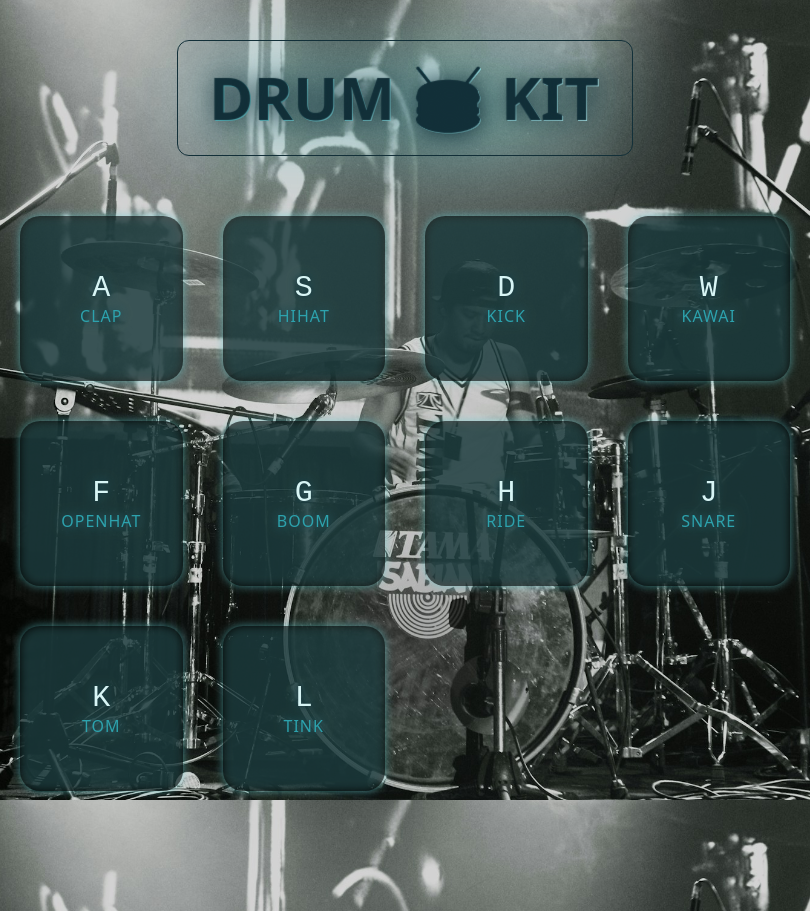
Repository: Freezler/drumkitJS
Page: index.html
The author's editor kept a copy of each file at every save. The page is drawn from the files as they stood at one save, then again after the next save.
The browser window is 768 px wide. The page is 810 px wide, so the pictures cover 810 px, including what lies to the right of the window. The pictures show the whole page.
Backgrounds fixed to the window are drawn as part of the page.

Above is the page before, as saved 2024-08-24 12:50:56.
Console error: ReferenceError: key is not defined

### index.html
<!DOCTYPE html>
<html lang="en">

<head>
  <meta charset="UTF-8">
  <title>JS Drum Kit</title>
  <link rel="stylesheet" href="style.css">
  <link rel="icon" href="https://fav.farm/🔥" />
</head>

<body>
  <main>

    <h1>Drum 🥁 Kit</h1>

    <div class="keys">
      <div data-key="65" class="key">
        <kbd>A</kbd>
        <span class="sound">clap</span>
      </div>
      <div data-key="83" class="key">
        <kbd>S</kbd>
        <span class="sound">hihat</span>
      </div>
      <div data-key="68" class="key">
        <kbd>D</kbd>
        <span class="sound">kick</span>
      </div>
      <div data-key="70" class="key">
        <kbd>F</kbd>
        <span class="sound">openhat</span>
      </div>
      <div data-key="71" class="key">
        <kbd>G</kbd>
        <span class="sound">boom</span>
      </div>
      <div data-key="72" class="key">
        <kbd>H</kbd>
        <span class="sound">ride</span>
      </div>
      <div data-key="74" class="key">
        <kbd>J</kbd>
        <span class="sound">snare</span>
      </div>
      <div data-key="75" class="key">
        <kbd>K</kbd>
        <span class="sound">tom</span>
      </div>
      <div data-key="76" class="key">
        <kbd>L</kbd>
        <span class="sound">tink</span>
      </div>
      <div data-key="87" class="key">
        <kbd>W</kbd>
        <span class="sound">kawai</span>
      </div>
    </div>
  </main>

  <audio data-key="65" src="sounds/clap.wav"></audio>
  <audio data-key="83" src="sounds/hihat.wav"></audio>
  <audio data-key="68" src="sounds/kick.wav"></audio>
  <audio data-key="70" src="sounds/openhat.wav"></audio>
  <audio data-key="71" src="sounds/boom.wav"></audio>
  <audio data-key="72" src="sounds/ride.wav"></audio>
  <audio data-key="74" src="sounds/snare.wav"></audio>
  <audio data-key="75" src="sounds/tom.wav"></audio>
  <audio data-key="76" src="sounds/tink.wav"></audio>
  <audio data-key="87" src="sounds/kawai.wav"></audio>


  <script>
    function removeTransition(event) {
      const { propertyName } = event;
      if (propertyName !== 'transform') return;
      event.target.classList.remove('playing');
    }

    function playSound(event) {
      const keyCode = event.type === 'keydown' ? event.keyCode : this.getAttribute('data-key');
      const audio = document.querySelector(`audio[data-key="${keyCode}"]`);
      const key = document.querySelector(`.key[data-key="${keyCode}"]`);
      if (!audio) return;
      key.classList.add('playing');
      audio.currentTime = 0;
      audio.play();
    }

    window.addEventListener('keydown', playSound);

    const keys = document.querySelectorAll('.key');
    keys.forEach(key => {
      key.addEventListener('transitionend', removeTransition);
      key.addEventListener('click', playSound);
    });
    key.addEventListener('touchstart', function(event) {
        event.preventDefault();  // Prevent default touch behavior
        playSound.call(this, event);
      });
  </script>


</body>

</html>

### style.css
:root {
  --000: #f0fbfa;
  --100: #d8f5f5;
  --200: #b5eaec;
  --300: #63cfd5;
  --400: #48bfc8;
  --500: #2da2ad;
  --600: #288492;
  --700: #266b78;
  --800: #275963;
  --900: #254a54;
  --950: #133039;

}

html {
  font-size: 10px;
  background: url('./background2.jpg') bottom center;
  background-color: var(--950);
  background-size: cover;
  scroll-behavior: smooth;
  background-attachment: fixed;
  background-position: center center;
  background-repeat: no-repeat;
  height: 100vh;
  user-select: none;
  display: grid;
  place-items: center;
}

body,
html {
  margin: 0;
  padding: 0;
  font-family: system-ui, -apple-system, BlinkMacSystemFont, Roboto, Oxygen, Ubuntu, Cantarell, 'Open Sans', 'Helvetica Neue', sans-serif;


}

h1 {
  font-size: clamp(4rem, 5vw, 5em);
  font-weight: 400;
  text-align: center;
  color: var(--000);
  padding-block: 1.6rem;
  padding-inline: 3.2rem;
  text-align: center;
  background-image: linear-gradient(90deg, var(--300) 0%, var(--200) 100%);
  border: 1px solid var(--950);
  border-radius: 12px;
  color: transparent;
  background-clip: text;
  -webkit-background-clip: text;
  text-transform: uppercase;
  font-size: clamp(6rem, 5vw, 10rem);
  text-shadow: 1px 1px 24px var(--950), -1px -1px 1px #133039;
  font-weight: 700;
  transition: all 0.2s ease;
  filter: drop-shadow(0 0 48px var(--300));
}

main {
  place-self: center;
  display: grid;
  place-items: center;
  height: 100%;
  place-content: center;
  text-align: center;
  width: 100%;
  transition: all 0.07s;
  padding-bottom: 10rem;
}

.keys {
  display: grid;
  grid-template-columns: repeat(2, 1fr);
  /* Default for small screens */
  text-align: center;
  transition: all 0.03s;
  place-items: center;
}

.key {
  border-radius: 2rem;
  margin: 2rem;
  padding: .25rem .125rem;
  transition: all 0.07s ease;
  /* Combined transition properties */
  width: 16rem;
  height: 16rem;
  display: grid;
  place-items: center;
  place-content: center;
  text-align: center;
  color: var(--100);
  filter: drop-shadow(0 0 .5rem var(--300));
  text-shadow: 0 0 .5rem var(--950);
  background: #01010199;
}

@media screen and (max-width: 759px) {
  .keys {
    grid-template-columns: repeat(2, 1fr);
    /* 2 columns for small screens */
    place-items: center;
    justify-content: center;
    height: 100vh;
  }
}

@media screen and (min-width: 760px) and (max-width: 980px) {
  .keys {
    grid-template-columns: repeat(3, 1fr);
    /* 3 columns for medium screens */
    place-items: center;
    /* Add your specific styles for this screen size range */
    .key[data-key="87"] {
      grid-column: 4;
      grid-row: 1;
    }
  }
}

@media screen and (min-width: 980px) {
  .keys {
    grid-template-columns: repeat(4, 1fr);
    /* 4 columns for large screens */
    place-items: center;

  }
}

.playing {
  transform: scale(1.07);
  transform-origin: center; /* Ensure the element scales from the center */
  border: solid var(--200);
  box-shadow: 0 0 1rem var(--300);
  filter: drop-shadow(0 0 .5rem var(--500));
}

kbd {
  display: block;
  font-size: 3rem;
}

.sound {
  font-size: 1.6rem;
  text-transform: uppercase;
  letter-spacing: .1rem;
  color: var(--500);
  filter: drop-shadow(0 0 24rem var(--100));
  text-shadow: 0 0 1rem var(--900);
  transition: all 0.07s;
  font-weight: 500;
}

After the next save:
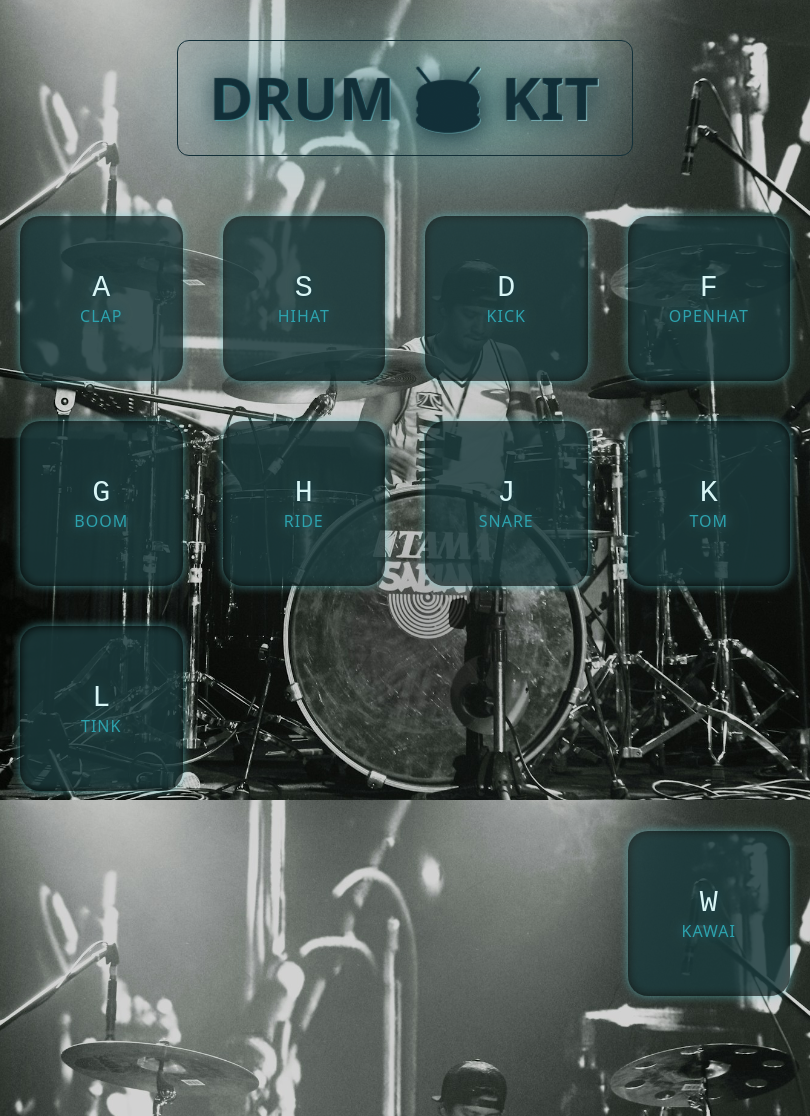
Saved 7 s later.
--- a/style.css
+++ b/style.css
@@ -116,7 +116,7 @@
     /* Add your specific styles for this screen size range */
     .key[data-key="87"] {
       grid-column: 4;
-      grid-row: 1;
+      grid-row: 4;
     }
   }
 }
